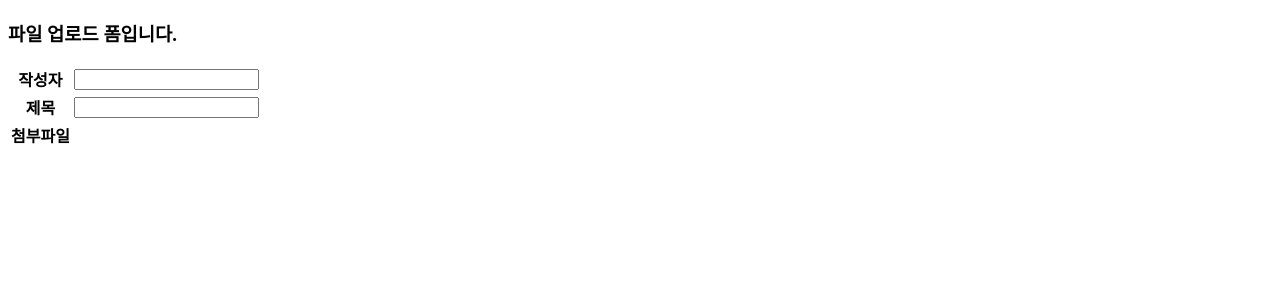
Repository: hyunhee7/web_work
Page: http://localhost/Step12_FileUpload/file/uploadform.jsp
The author's editor kept a copy of each file at every save. The page is drawn from the files as they stood at one save, then again after the next save.
The browser window is 1280 px wide. The pictures show the whole page.
The page is served by Tomcat 9.

Above is the page before, as saved 2017-07-07 05:51:58.

### Step12_FileUpload/WebContent/file/uploadform.jsp
<%@ page language="java" contentType="text/html; charset=UTF-8"
    pageEncoding="UTF-8"%>
<!DOCTYPE html PUBLIC "-//W3C//DTD HTML 4.01 Transitional//EN" "http://www.w3.org/TR/html4/loose.dtd">
<html>
<head>
<meta http-equiv="Content-Type" content="text/html; charset=UTF-8">
<title>/file/uploadfile.jsp</title>
</head>
<body>
<!--
	[ 파일 업로드 폼 작성 ]
	1. method="post"
	2. enctype="multipart/form-data"
	3. <input type="file"/>
 -->
 <h3>파일 업로드 폼입니다.</h3>
 <form action="upload.jsp" method="post" enctype="multipart/form-data">
 	<table>
 		<tr>
 			<th><label for="writer">작성자</label></th>
 			<td><input type="text" name="writer" id="writer" /></td>
 		</tr>
 		<tr>
 			<th><label for="title">제목</label></th>
 			<td><input type="text" name="title" id="title" /></td>
 		</tr>
 		<tr>
 			<th><label for="myFile">첨부파일</label></th>
 		</tr>
 	</table>
 </form>
</body>
</html>

After the next save:
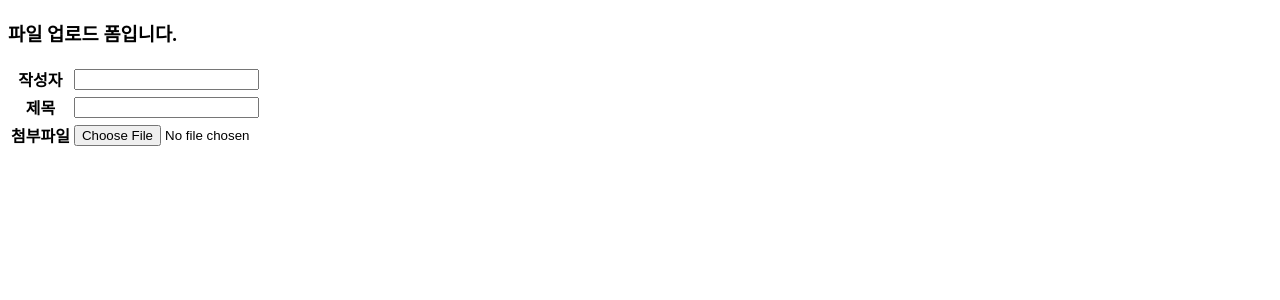
Saved 31 s later.
--- a/Step12_FileUpload/WebContent/file/uploadform.jsp
+++ b/Step12_FileUpload/WebContent/file/uploadform.jsp
@@ -26,6 +26,7 @@
  		</tr>
  		<tr>
  			<th><label for="myFile">첨부파일</label></th>
+ 			<td><input type="file" name="myFile" id="myFile" /></td>
  		</tr>
  	</table>
  </form>
